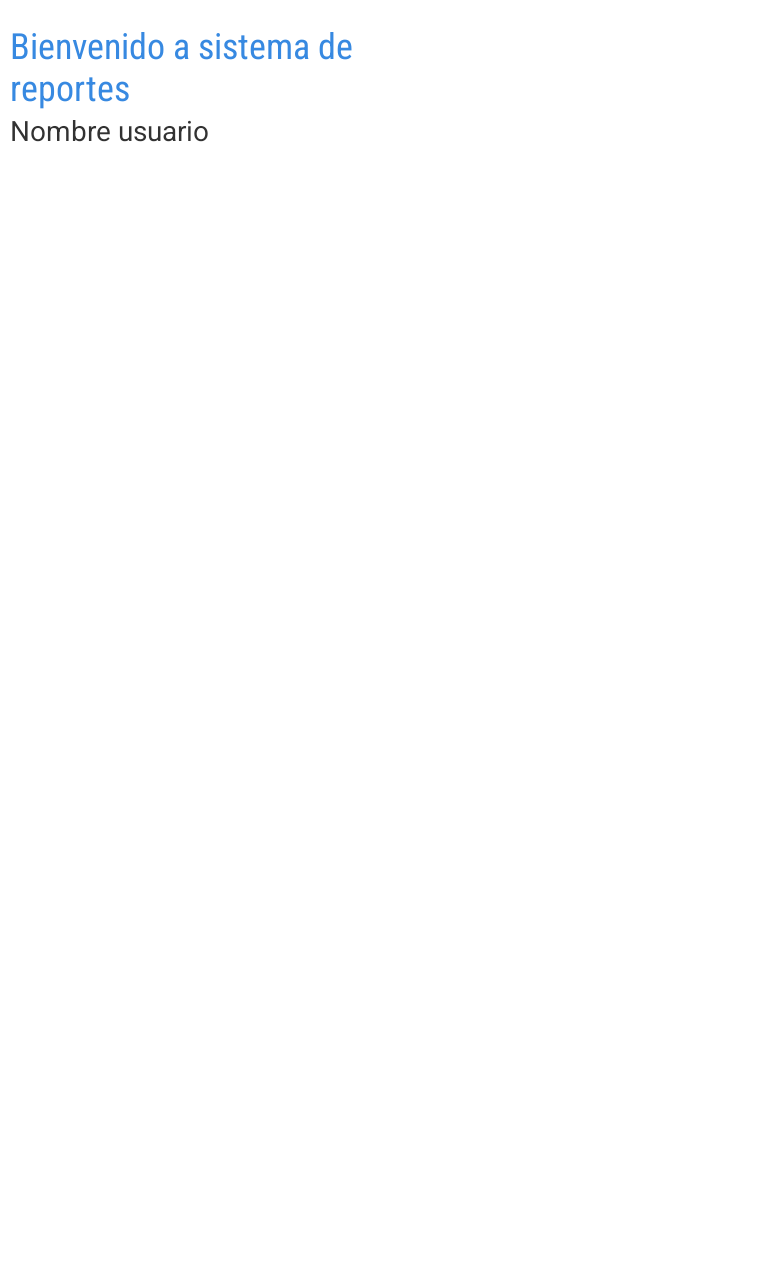
Repository: ramonramirezz/ReportesApp
Layout: Reportes/res/layout/welcome.xml
These files come from the project's save history. The layout is drawn as it stood at one moment and after the next save; the edit follows.
It is drawn on a 768 x 1280 px phone screen (xhdpi) without system bars, with theme AppTheme; the app's code is not run. The app's manifest (not shown) leaves right-to-left support off. So textAlignment, textDirection and layoutDirection are ignored, and left and right values win over start and end ones.

Above is the layout before, as saved 2015-11-20 23:52:43.

After the next save:
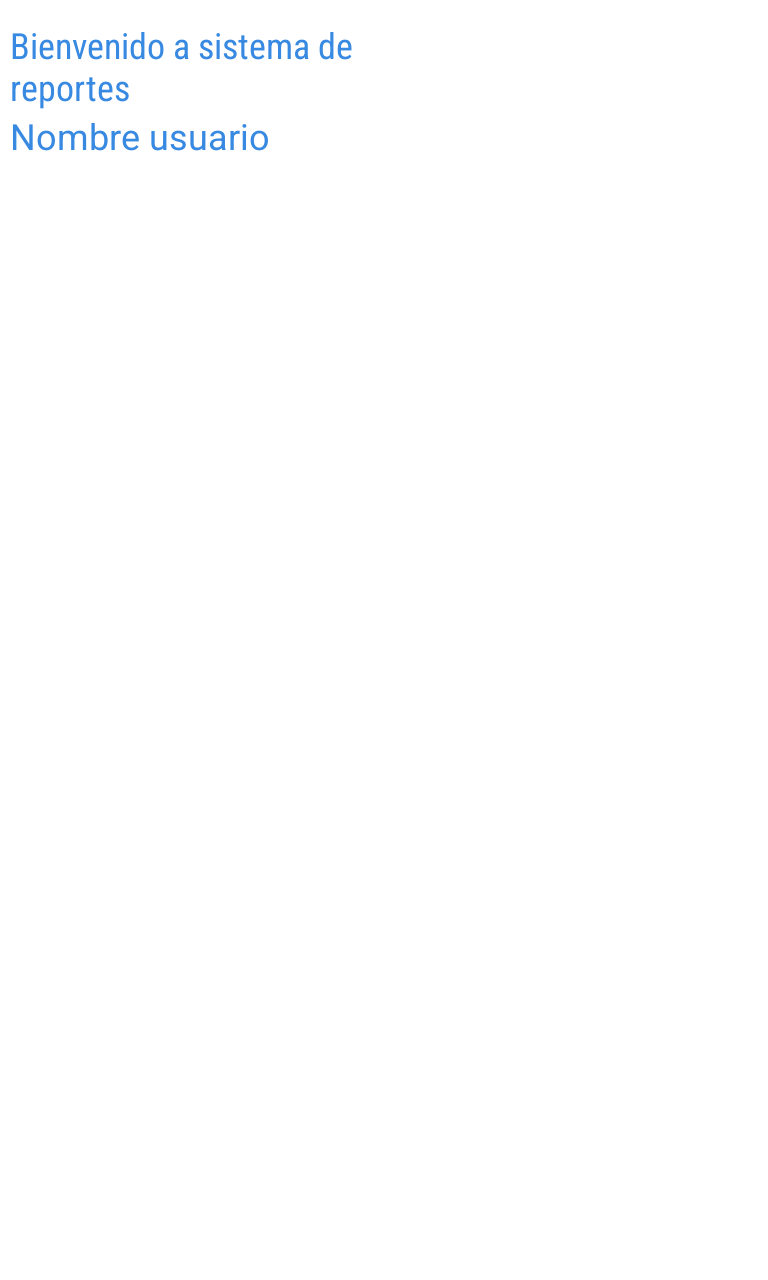
Saved 53 s later.
--- a/Reportes/res/layout/welcome.xml
+++ b/Reportes/res/layout/welcome.xml
@@ -28,6 +28,8 @@
 	    	android:layout_width="wrap_content"
 	    	android:layout_height="wrap_content"
 	    	android:text="Nombre usuario"
+	    	android:textColor="#3789E1"
+	    	android:textSize="18dp"
 	    />
 
 
